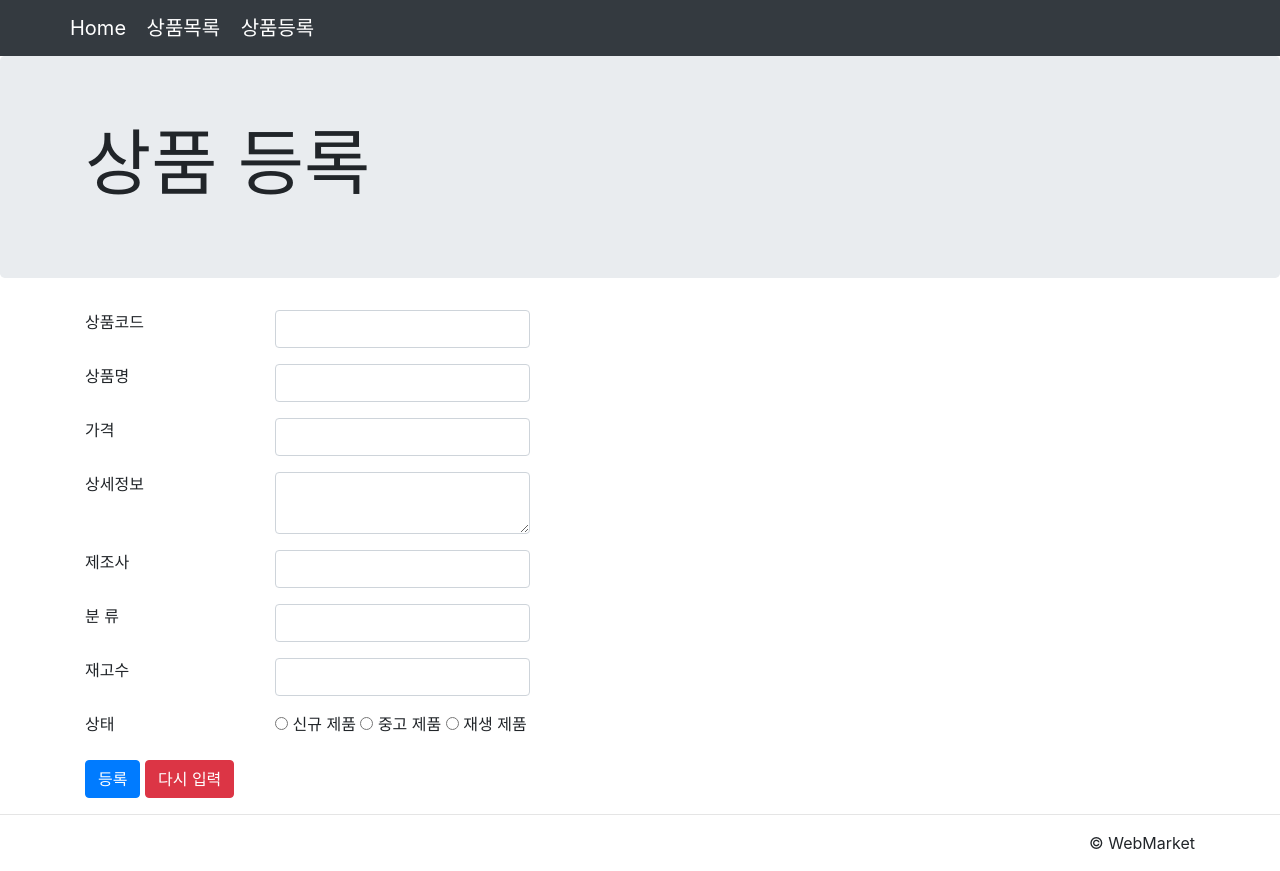
Repository: mi-ci/ai
Page: http://localhost/WebMarket/addProduct.jsp
The author's editor kept a copy of each file at every save. The page is drawn from the files as they stood at one save, then again after the next save.
The browser window is 1280 px wide. The pictures show the whole page.
The page is served by Tomcat 9.

Above is the page before, as saved 2024-01-19 07:41:40.

After the next save:
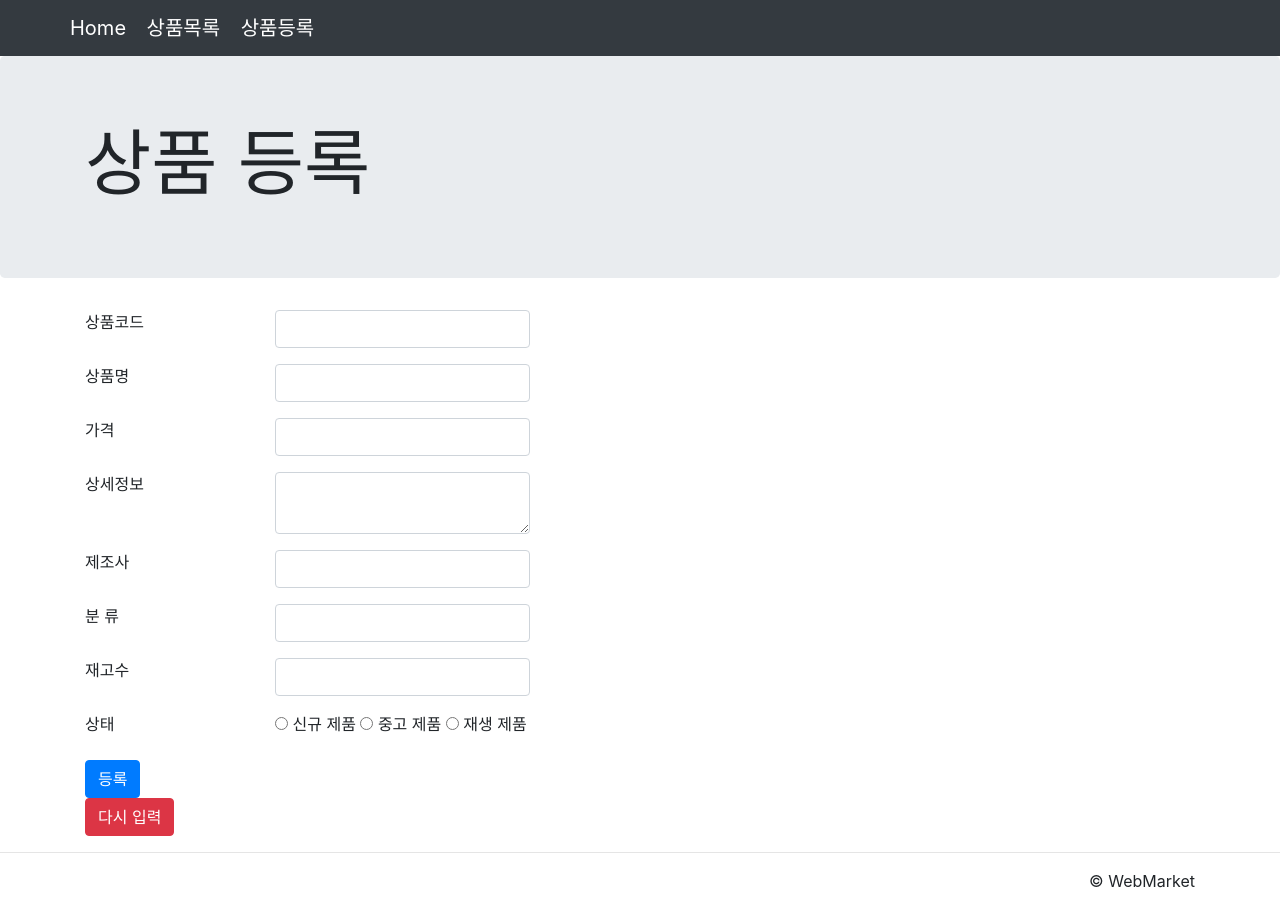
Saved 9 s later.
--- a/WebMarket/src/main/webapp/addProduct.jsp
+++ b/WebMarket/src/main/webapp/addProduct.jsp
@@ -78,6 +78,8 @@
 		<div class="form-group row">
 			<div class="col-sm-offset col-sm-10">
 				<input type="submit" class = "btn btn-primary" value="등록">
+			</div>
+			<div class="col-sm-offset col-sm-10">
 				<input type="reset" class = "btn btn-danger" value="다시 입력">
 			</div>
 		</div>

After the save that followed:
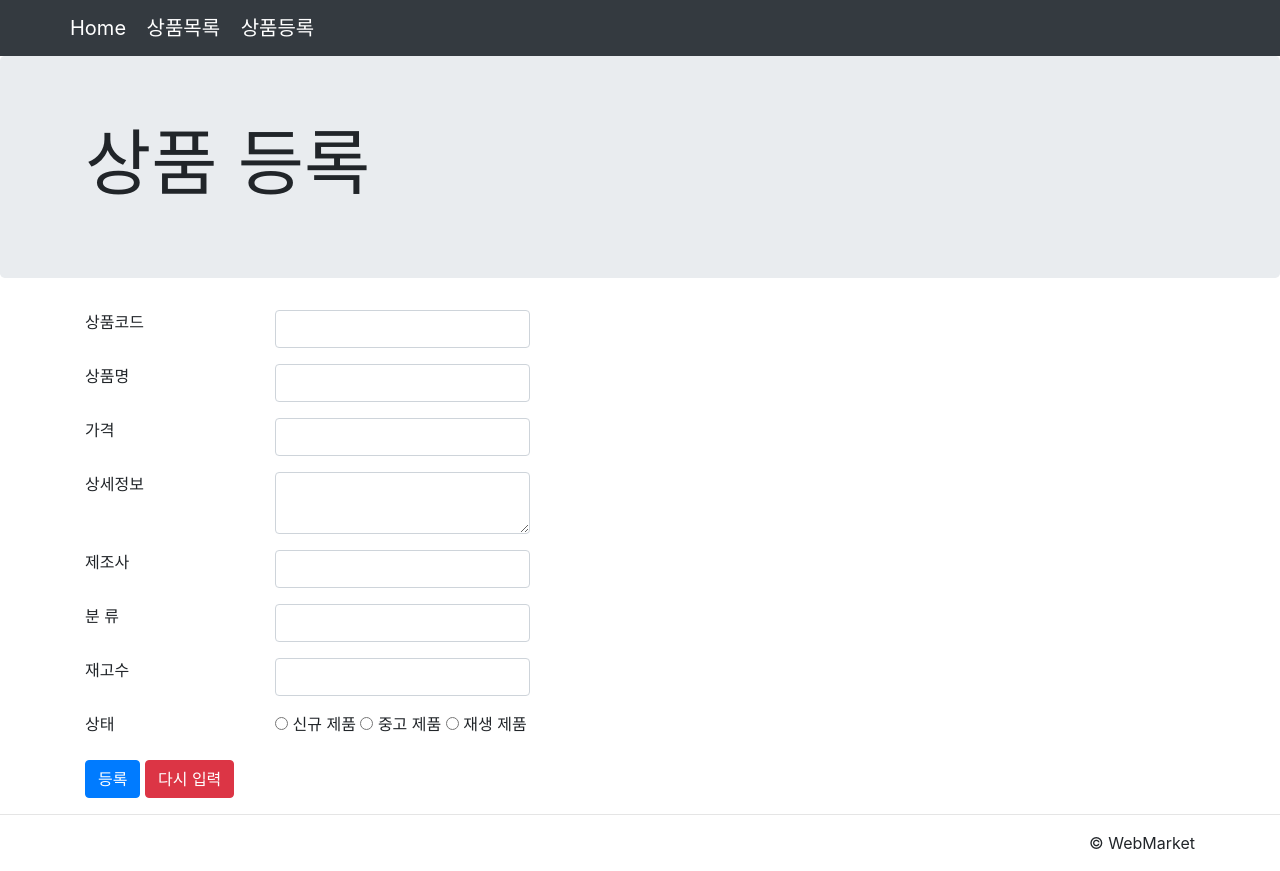
Saved 11 s later.
--- a/WebMarket/src/main/webapp/addProduct.jsp
+++ b/WebMarket/src/main/webapp/addProduct.jsp
@@ -78,8 +78,6 @@
 		<div class="form-group row">
 			<div class="col-sm-offset col-sm-10">
 				<input type="submit" class = "btn btn-primary" value="등록">
-			</div>
-			<div class="col-sm-offset col-sm-10">
 				<input type="reset" class = "btn btn-danger" value="다시 입력">
 			</div>
 		</div>
